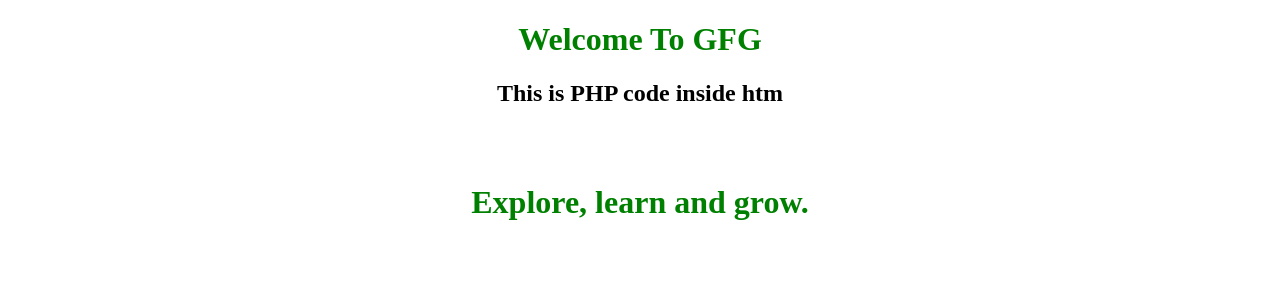
Repository: NithishKoriyar/phpprojectgh
Page: http://localhost/example1.php
The author's editor kept a copy of each file at every save. The page is drawn from the files as they stood at one save, then again after a run of saves.
The browser window is 1280 px wide. The pictures show the whole page.
The page is run by PHP 8.4 with error messages shown; the project is at /var/www/html/.

Above is the page before, as saved 2022-12-14 11:12:17.

After the next 3 saves:
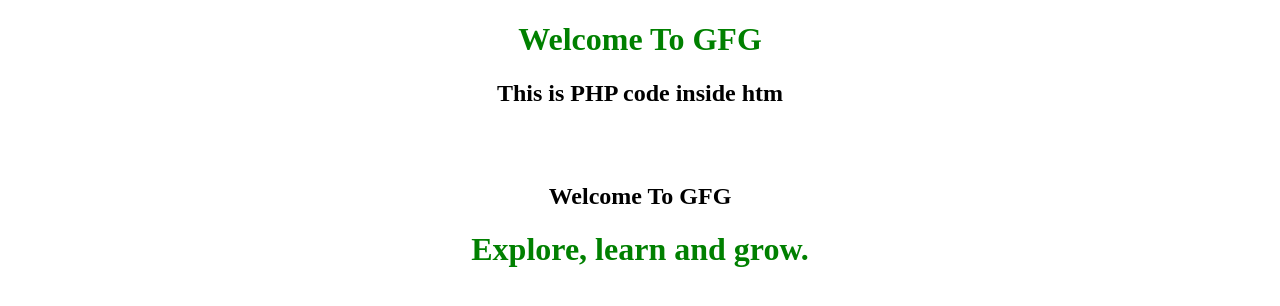
The 3 saves are shown as one change because they came seconds apart.
The last was saved 19 s later.
--- a/example1.php
+++ b/example1.php
@@ -19,6 +19,7 @@
 			?>
 		</h2>
 		<br><br>
+		<h2>Welcome To GFG</h2>
 		<h1>
 			<?php
         echo 'Explore, learn and grow.'
